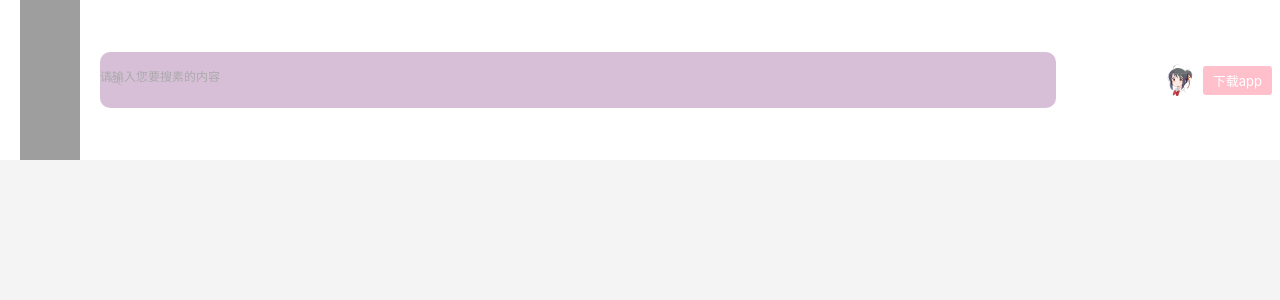
Repository: caiys666/bilibili
Page: /#/userinfo
An editor plug-in stored every save of this project. The page is shown before and after the next save, followed by the edit.
The browser window is 1280 px wide. The pictures show the whole page.
Pictures or frames that could not be fetched are drawn as grey boxes. The project was rebuilt for these pictures with package versions that can differ from the ones it lists, and the page was loaded fresh each time. Also part of the build but not shown: vue.config.js, src/components/HelloWorld.vue, src/views/Home.vue.

Above is the page before, as saved 2020-10-01 21:34:21.

### src/main.js
import Vue from 'vue';
import App from './App.vue';
import router from './router';
import store from './store';
import Vant from 'vant';
import 'vant/lib/index.css';
import http from '../http'
import { Toast } from 'vant';

Vue.prototype.$msg = Toast
Vue.prototype.$http = http
Vue.use(Vant);
Vue.config.productionTip = false

new Vue({
  router,
  store,
  render: h => h(App)
}).$mount('#app')

### src/App.vue
<template>
<div id="app">

    <router-view />
</div>
</template>

<style>
body {
    margin: 0;
    padding: 0;
    box-sizing: border-box;
    background-color: #f4f4f4;
}
p{
    margin: 0;
    padding: 0;
}
</style>

### src/router/index.js
import Vue from 'vue'
import VueRouter from 'vue-router'
import Home from '../views/Home.vue'

Vue.use(VueRouter)

const routes = [
  {
    path: '/home',
    name: 'Home',
    component: Home
  },
  {
    path: '/login',
    name: 'Login',
    component: () => import(/* webpackChunkName: "about" */ '../views/Login.vue')
  },
  {
    path: '/userinfo',
    name: 'userinfo',
    component: () => import(/* webpackChunkName: "about" */ '../views/userinfo.vue')
  },
  {
    path: '/',
    name: 'Register',
    // route level code-splitting
    // this generates a separate chunk (about.[hash].js) for this route
    // which is lazy-loaded when the route is visited.
    component: () => import(/* webpackChunkName: "about" */ '../views/register.vue')
  }
]

const router = new VueRouter({
  routes
})

export default router

### http.js
import axios from 'axios'

const http = axios.create({
    baseURL:'http://112.74.99.5:3000/web/api'
})

export default http

### src/views/userinfo.vue
<template>
    <div>
        <navbar></navbar>
    </div>
</template>

<script>
import Navbar from '../components/commn/Navbar.vue'
    export default {
        components:{
            Navbar
        }
    }
</script>

<style scoped>

</style>

### src/components/commn/Navbar.vue
<template>
    <div class="navbar">
        <div class="logo">
            <img src="../../assets/logo.jpg" alt="">
        </div>
        <div>
            <p>
                请输入您要搜素的内容
                <van-icon class="ipt-icon" name="search" />
            </p>
        </div>
        <div>
            <img src="../../assets/user.jpg" alt="">
            <p>下载app</p>
        </div>
    </div>
</template>

<script>
    export default {

    }
</script>

<style lang='less' scoped>
.navbar{
    height: 12.5vw;
    background-color: white;
    display: flex;
    div:nth-child(2){
        flex: 1;
        display: flex;
        align-items: center;
        p{
            background-color: thistle;
            position: relative;
            padding: 15px 0px;
            width: 90%;
            height: 26px;
            border-radius: 10px;
            color: #aaa;
            font-size: 12px;
            .ipt-icon{
                position: absolute;
                left: 10px;
                top: 50%;
                transform:  translate(0,-40%);
                color: #aaa;
            }
        }
    }
    div:nth-child(3){
        display: flex;
        justify-content: center;
        align-items: center;
        img{
            width: 32px;
            height: 32px;
        }
        p{
            padding: 5px 10px;
            margin: 0 8px;
            border-radius: 3px;
            background-color: pink;
            color: white;
            font-size: 13px;
        }
    }
}
.logo{
    width: 100px;
    display: flex;
    justify-content: center;
    align-items: center;
}
.logo img{
    width: 60%;
    height: 100%;
}
</style>

Loaded but not shown: public/index.html (common file); src/store/index.js (common file)

After the next save:
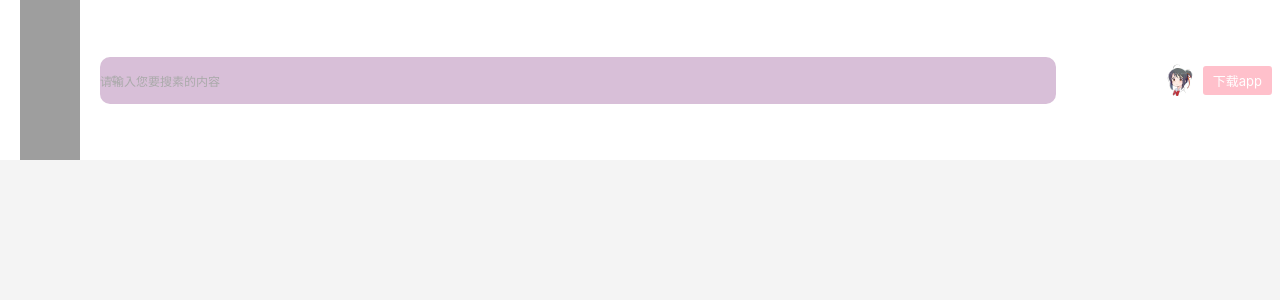
Saved 18 s later.
--- a/src/components/commn/Navbar.vue
+++ b/src/components/commn/Navbar.vue
@@ -36,7 +36,7 @@
             position: relative;
             padding: 15px 0px;
             width: 90%;
-            height: 26px;
+            // height: 26px;
             border-radius: 10px;
             color: #aaa;
             font-size: 12px;
